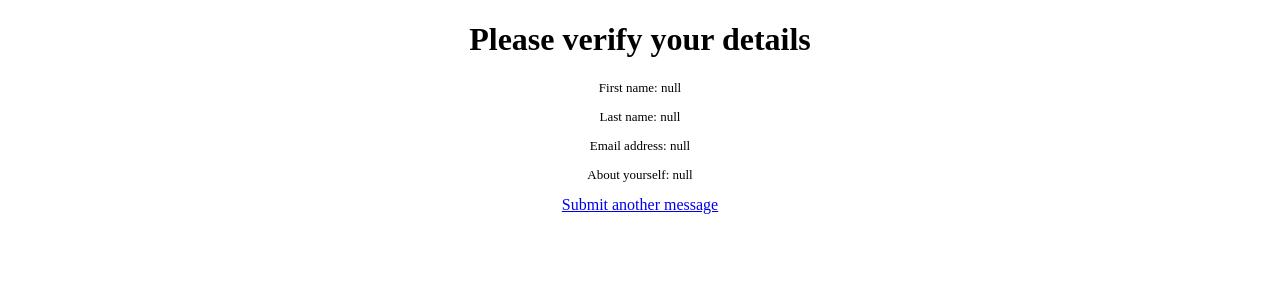
Repository: hornstein-inc/Training
Page: http://localhost/result
These files come from the project's save history. The page is drawn as it stood at one moment and after the next save; the edit follows.
The browser window is 1280 px wide. The pictures show the whole page.
The page is this project's Thymeleaf template; nobody is signed in. The template is opened directly, without the code that normally fills it, so the values that code supplies are empty.

Above is the page before, as saved 2019-04-29 08:50:25.

### Training/gs-handling-form-submission/initial/src/main/resources/templates/result.html
<!DOCTYPE HTML>
<html xmlns:th="http://www.thymeleaf.org">
<link rel="stylesheet" type="text/css" th:href="@{/css/style.css}"/>
<head>
    <title>Getting Started: Handling Form Submission</title>
    <meta http-equiv="Content-Type" content="text/html; charset=UTF-8" />
</head>
<body>
	<h1 class="title">Please verify your details</h1>
	<div class="resultDiv">
    <p class="resultText" th:text="'First name: ' + ${greeting.firstName}"/>
    <p class="resultText" th:text="'Last name: ' + ${greeting.LastName}" />
    <p class="resultText" th:text="'Email address: ' + ${greeting.emailAddress}"/>
    <p class="resultText" th:text="'About yourself: ' +${greeting.content}"/>
    <a href="/greeting">Submit another message</a>
	</div>
</body>
</html>

### Training/gs-handling-form-submission/initial/src/main/resources/static/css/style.css
form{
	text-align: center;

}

.title{

	text-align: center;
	font: sans-serif;


}

.subtitle{
	text-align: center;
	font: sans-serif;

}

input{
	padding: 10px;
	margin-top: 10px;
	font-size: medium;
	background-color: silver;
}

.resultDiv{
	text-align: center;
	border: medium;
}

.resultText{
	font: sans-serif;
	font-size: small;
}

After the next save:
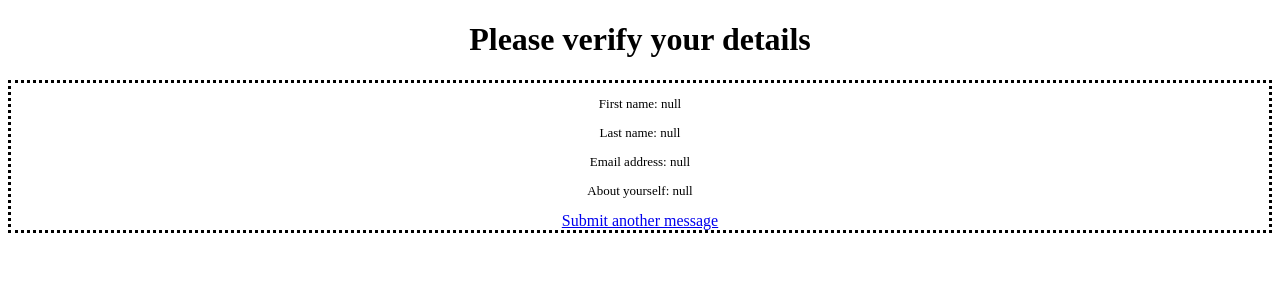
Saved 12 s later.
--- a/Training/gs-handling-form-submission/initial/src/main/resources/static/css/style.css
+++ b/Training/gs-handling-form-submission/initial/src/main/resources/static/css/style.css
@@ -26,7 +26,7 @@
 
 .resultDiv{
 	text-align: center;
-	border: medium;
+	border: dotted;
 }
 
 .resultText{

After the save that followed:
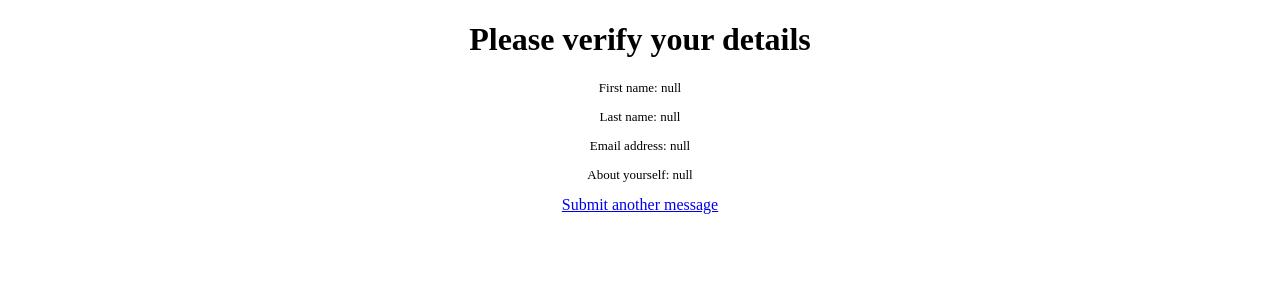
Saved 18 s later.
--- a/Training/gs-handling-form-submission/initial/src/main/resources/static/css/style.css
+++ b/Training/gs-handling-form-submission/initial/src/main/resources/static/css/style.css
@@ -26,7 +26,7 @@
 
 .resultDiv{
 	text-align: center;
-	border: dotted;
+	border: menu;
 }
 
 .resultText{
